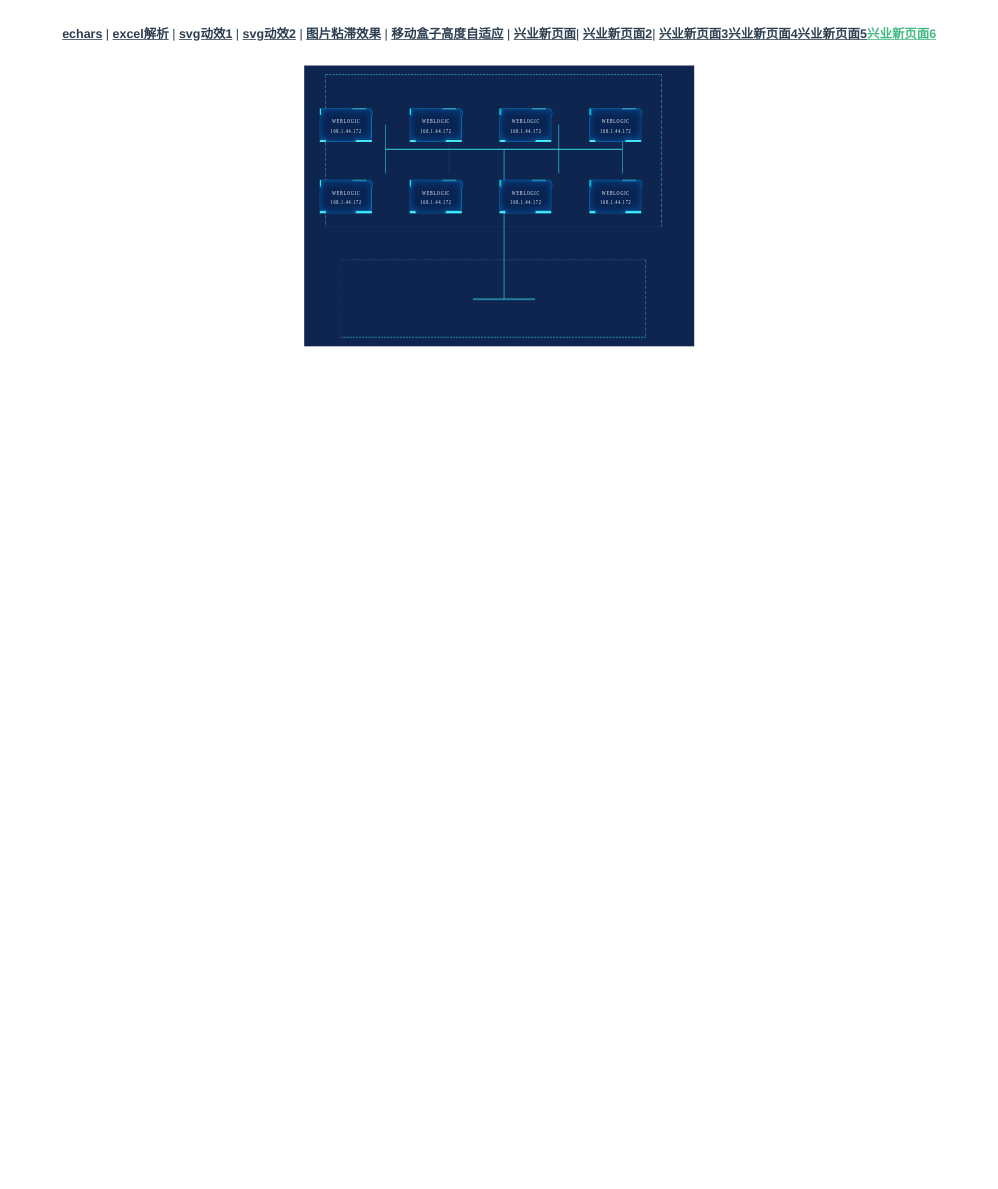
Repository: dmj199811/animation-dmj
Page: /#/work-page8
An editor plug-in stored every save of this project. The page is shown before and after the next save, followed by the edit.
The browser window is 1280 px wide. The pictures show the whole page, at 78% of full size.
The project was rebuilt for these pictures with package versions that can differ from the ones it lists, and the page was loaded fresh each time.

Above is the page before, as saved 2020-07-03 17:58:16.

### src/App.vue
<template>
  <div id="app">
    <div id="nav"
         v-if="this.$store.state.pageShow">
      <router-link to="/">echars</router-link> |
      <router-link to="/xlsx-example">excel解析</router-link> |
      <router-link to="/svg-example1">svg动效1</router-link> |
      <router-link to="/svg-example2">svg动效2</router-link> |
      <router-link to="/work-message">图片粘滞效果</router-link> |
      <router-link to="/work-page2">移动盒子高度自适应</router-link> |
      <router-link to="/work-page3">兴业新页面</router-link>|
      <router-link to="/work-page4">兴业新页面2</router-link>|
      <router-link to="/work-page5">兴业新页面3</router-link>
      <router-link to="/work-page6">兴业新页面4</router-link>
      <router-link to="/work-page7">兴业新页面5</router-link>
      <router-link to="/work-page8">兴业新页面6</router-link>
    </div>
    <router-view />
  </div>
</template>

<style lang="less">
body {
  margin: 0;
}
#app {
  font-family: Avenir, Helvetica, Arial, sans-serif;
  -webkit-font-smoothing: antialiased;
  -moz-osx-font-smoothing: grayscale;
  text-align: center;
  color: #2c3e50;
}

#nav {
  padding: 30px;

  a {
    font-weight: bold;
    color: #2c3e50;

    &.router-link-exact-active {
      color: #42b983;
    }
  }
}
</style>

### src/router/index.js
import Vue from 'vue'
import VueRouter from 'vue-router'

Vue.use(VueRouter)

const routes = [
  {
    path: '/',
    redirect: '/circle-echarts',
  },
  {
    path: '/circle-echarts',
    name: 'ani2',
    component: () => import('../views/circle-echarts/index.vue')
  },
  {
    path: '/xlsx-example',
    name: 'xlsx1',
    component: () => import('../views/xlsx1/index.vue')
  },
  {
    path: '/svg-example1',
    name: 'svg1',
    component: () => import('../views/svg1/index.vue')
  },
  {
    path: '/svg-example2',
    name: 'svg2',
    component: () => import('../views/svg2/index.vue')
  },
  {
    path: '/work-message',
    name: 'message1',
    component: () => import('../views/work/message/index.vue')
  },
  {
    path: '/work-page2',
    name: 'show1',
    component: () => import('../views/work/show1/index.vue')
  },
  {
    path: '/work-page3',
    name: 'show2',
    component: () => import('../views/newPage/index.vue')
  },
  {
    path: '/work-page4',
    name: 'show2',
    component: () => import('../views/newPage2/index.vue')
  },
  {
    path: '/work-page5',
    name: 'show3',
    component: () => import('../views/newPage3/index.vue')
  },
  {
    path: '/work-page6',
    name: 'show4',
    component: () => import('../views/newPage4/index.vue')
  },
  {
    path: '/work-page7',
    name: 'show5',
    component: () => import('../views/newPage5/index.vue')
  },
  {
    path: '/work-page8',
    name: 'show6',
    component: () => import('../views/newPage6/index.vue')
  },
]

const router = new VueRouter({
  routes
})

export default router

### src/views/newPage6/index.vue
<template>
<!-- 互联网统一认证系统（身份认证）_8 -->
  <div class="box">
    <div class="use-box">
      <div class="use-box-top">
        <div class="use-box-top-content">
          <div class="use-box-top-item web1">
            <div>WEBLOGIC</div>
            <div>168.1.44.172</div>
          </div>
          <div class="use-box-top-item web2">
            <div>WEBLOGIC</div>
            <div>168.1.44.172</div>
          </div>
          <div class="use-box-top-item web3">
            <div>WEBLOGIC</div>
            <div>168.1.44.172</div>
          </div>
          <div class="use-box-top-item web4">
            <div>WEBLOGIC</div>
            <div>168.1.44.172</div>
          </div>
          <div class="use-box-top-item web5">
            <div>WEBLOGIC</div>
            <div>168.1.44.172</div>
          </div>
          <div class="use-box-top-item web6">
            <div>WEBLOGIC</div>
            <div>168.1.44.172</div>
          </div>
          <div class="use-box-top-item web7">
            <div>WEBLOGIC</div>
            <div>168.1.44.172</div>
          </div>
          <div class="use-box-top-item web8">
            <div>WEBLOGIC</div>
            <div>168.1.44.172</div>
          </div>

        </div>

      </div>
    </div>
  </div>

</template>
<script>
export default {
  data () {
    return {}
  },
  mounted () {
    this.fullScreen()
    let a = {
      'ATM系统': 'N',
      '网上银行域': 'E',
      'IC借记卡系统': 'N',
      'CFP系统': 'W',
      '电话银行域': 'E',
      '金卡系统': 'N',
      '零售信贷系统': 'W',
      '联机交易转发平台': 'N',
      '核心联机交易平台': 'E',
      'OFEP': 'W',
      '会计辅助管理系统': 'W',
      '业务策略管控平台': 'E',
      '历史检索系统': 'N',
      '企业数据集成平台': 'N',
      '银联数据综合前置系统': 'E',
      '理财卡外包制卡系统': 'W',
      '数据仓库系统': 'E',
      '统一报表系统': 'W',
      '企业CRM系统': 'N'
    }

    this.dataToArray(a)
    window.onresize = () => {
      this.fullScreen()
    }
  },
  methods: {
    fullScreen () {
      $('.box').css('transform', `scale(${document.documentElement.clientWidth / 3840},${document.documentElement.clientHeight / 1440})`)
    },
    dataToArray (data) {

    }
  }
}
</script>
<style lang="less">
.box {
  text-align: left;
  transform-origin: 0 0;
  width: 3840px;
  height: 1440px;
}
.use-box {
  font-size: 18px;
  width: 1500px;
  box-sizing: border-box;
  height: 720px;
  background: #0e2550;
  margin: 0 auto;
  color: white;
  background-image: url(./img/bg-line.png);
  background-size: 97% 100%;
}
.use-box div {
  box-sizing: border-box;
}
.use-box-top {
  display: block;
  // background-color: #eee;
  width: 1300px;
  height: 365px;
  position: relative;

}

.use-box-top-content {

  // background-color: #e9e9;
  width: 100%;
  height: 100%;
  display: flex;
  justify-content: space-between;
  flex-wrap: wrap;
  position: absolute;
  top: 110px;

}

.use-box-top-item {

  width: 203px;
  height: 86px;
  text-align: center;
  background-image: url(./img/leftBlue.png);
  background-size: 100% 100%;
  font-size:16px;
  font-family:Adobe Heiti Std;
  font-weight:normal;
  color:rgba(255,255,255,1);
  line-height:25px;
  padding-top: 20px;
  letter-spacing: 3px;
  margin-left: 60px;

}
.use-box-top-item div {
  width: 100%;
}



</style>

Loaded but not shown: public/index.html (common file); src/main.js (common file); src/store/index.js (common file)

After the next save:
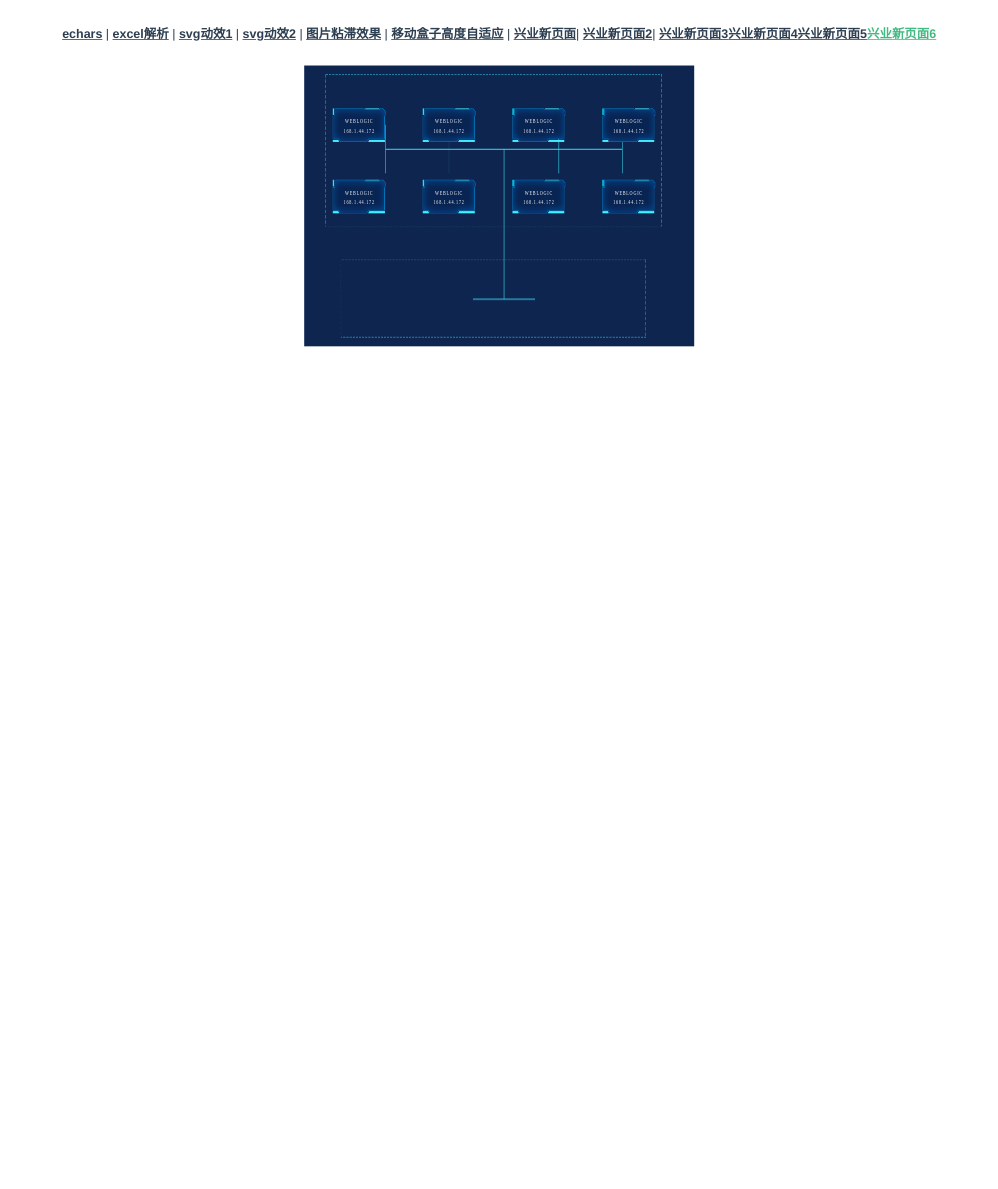
Saved 6 s later.
--- a/src/views/newPage6/index.vue
+++ b/src/views/newPage6/index.vue
@@ -128,7 +128,7 @@ export default {
   flex-wrap: wrap;
   position: absolute;
   top: 110px;
-
+  left: 50px;
 }
 
 .use-box-top-item {
